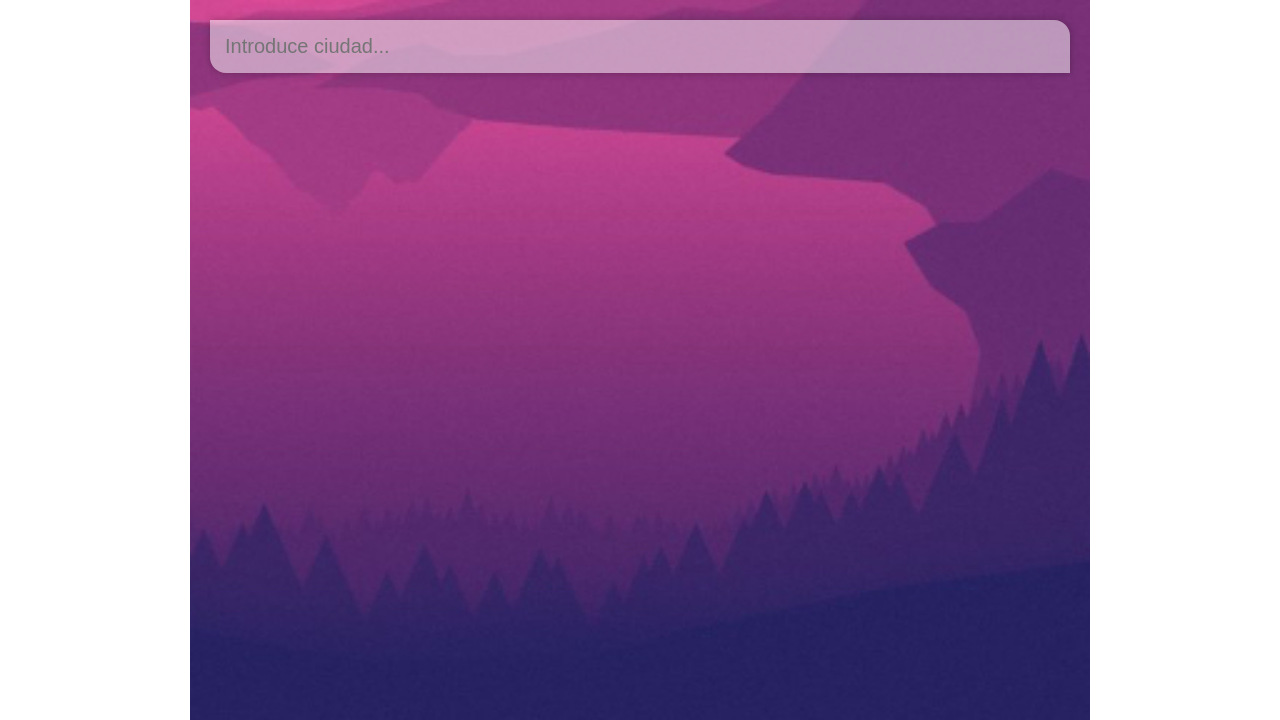
Repository: DaftyCode/weather-vue
Page: /
The author's editor kept a copy of each file at every save. The page is drawn from the files as they stood at one save, then again after the next save.
The browser window is 1280 px wide. The pictures show the whole page.
The project was rebuilt for these pictures with package versions that can differ from the ones it lists, and the page was loaded fresh each time. Also part of the build but not shown: vite.config.js.

Above is the page before, as saved 2023-01-18 12:33:23.

### index.html
<!DOCTYPE html>
<html lang="en">
  <head>
    <meta charset="UTF-8">
    <link rel="icon" href="/favicon.ico">
    <meta name="viewport" content="width=device-width, initial-scale=1.0">
    <title>El tiempo - Hola mundo</title>
  </head>
  <body>
    <div id="app"></div>
    <script type="module" src="/src/main.js"></script>
  </body>
</html>

### src/App.vue
<script>
  import { weatherApi, API_KEY, API_LANG } from './api/weather-api';

  export default {
    name: 'app',
    data() {
      return {
        query: '',
        weather: {},
      };
    },

    methods: {
      async fetchWeather() {
        try {
          const resp = await weatherApi.get(`?q=${this.query}&appid=${API_KEY}&lang=${API_LANG}`);
          this.weather = resp.data;
        } catch (error) {
          console.error(error);
        }
      },

      dateBuilder() {
        let day = new Date();
        const options = { weekday: 'long', year: 'numeric', month: 'long', day: 'numeric' };

        return day.toLocaleDateString('es-ES', options);
      },
    },
  };
</script>

<template>
  <div class="main-container">
    <main>
      <div class="search-box">
        <input
          type="text"
          class="search-bar"
          placeholder="Introduce ciudad..."
          v-model="query"
          @keyup.enter="fetchWeather"
        />
      </div>

      <div class="weather-wrap" v-if="weather?.main">
        <div class="location-box">
          <div class="location">{{ weather.name }}, {{ weather.sys.country }}</div>
          <div class="date">{{ dateBuilder() }}</div>
        </div>

        <div class="weather-box">
          <div class="temp">{{ Math.round(weather.main.temp) }}°c</div>
          <div class="weather">{{ weather.weather[0].description }}</div>
        </div>
      </div>
    </main>
  </div>
</template>

<style>
  body {
    display: flex;
    justify-content: center;
    font-family: 'montserrat', sans-serif;
    min-height: 100vh;
    margin: 0;
  }

  #app {
    width: 100%;
    max-width: 900px;
    margin: 0;
    padding: 0;
    font-weight: normal;
  }

  .main-container {
    width: 100%;
    height: 100%;
    background-image: url('./assets/warm-bg.jpg');
    background-size: cover;
    background-position: bottom;
  }

  .search-box {
    display: flex;
    width: 100%;
    margin-bottom: 30px;
  }

  .search-box .search-bar {
    display: flex;
    width: 100%;
    padding: 15px;
    margin: 20px;
    color: #313131;
    font-size: 20px;
    appearance: none;
    border: none;
    outline: none;
    background: none;
    box-shadow: 0px 0px 8px rgba(0, 0, 0, 0.25);
    background-color: rgba(255, 255, 255, 0.5);
    border-radius: 0px 16px 0px 16px;
    transition: 0.4s;
  }

  .search-box .search-bar:focus {
    box-shadow: 0px 0px 16px rgba(0, 0, 0, 0.25);
    background-color: rgba(255, 255, 255, 0.75);
    border-radius: 16px 0px 16px 0px;
  }

  .location-box .location {
    color: #fff;
    font-size: 32px;
    font-weight: 500;
    text-align: center;
    text-shadow: 1px 3px rgba(0, 0, 0, 0.25);
  }

  .location-box .date {
    color: #fff;
    font-size: 20px;
    font-weight: 300;
    font-style: italic;
    text-align: center;
  }

  .weather-box {
    text-align: center;
  }

  .weather-box .temp {
    display: inline-block;
    padding: 10px 25px;
    color: #fff;
    font-size: 102px;
    font-weight: 900;
    text-shadow: 3px 6px rgba(0, 0, 0, 0.25);
    background-color: rgba(255, 255, 255, 0.25);
    border-radius: 16px;
    margin: 30px 0px;
    box-shadow: 3px 6px rgba(0, 0, 0, 0.25);
  }

  .weather-box .weather {
    color: #fff;
    font-size: 48px;
    font-weight: 700;
    font-style: italic;
    text-shadow: 3px 6px rgba(0, 0, 0, 0.25);
  }
</style>

### src/api/weather-api.js
import axios from 'axios';

// https://api.openweathermap.org/data/2.5/weather?q={city name}&appid={API key}&lang={lang}

export const API_KEY = '02ffdb4f65cd1aa34f5916f397fd47a7';
export const API_LANG = 'es';

export const weatherApi = axios.create({
  baseURL: 'https://api.openweathermap.org/data/2.5/weather',
});

Loaded but not shown: src/main.js (common file)

After the next save:
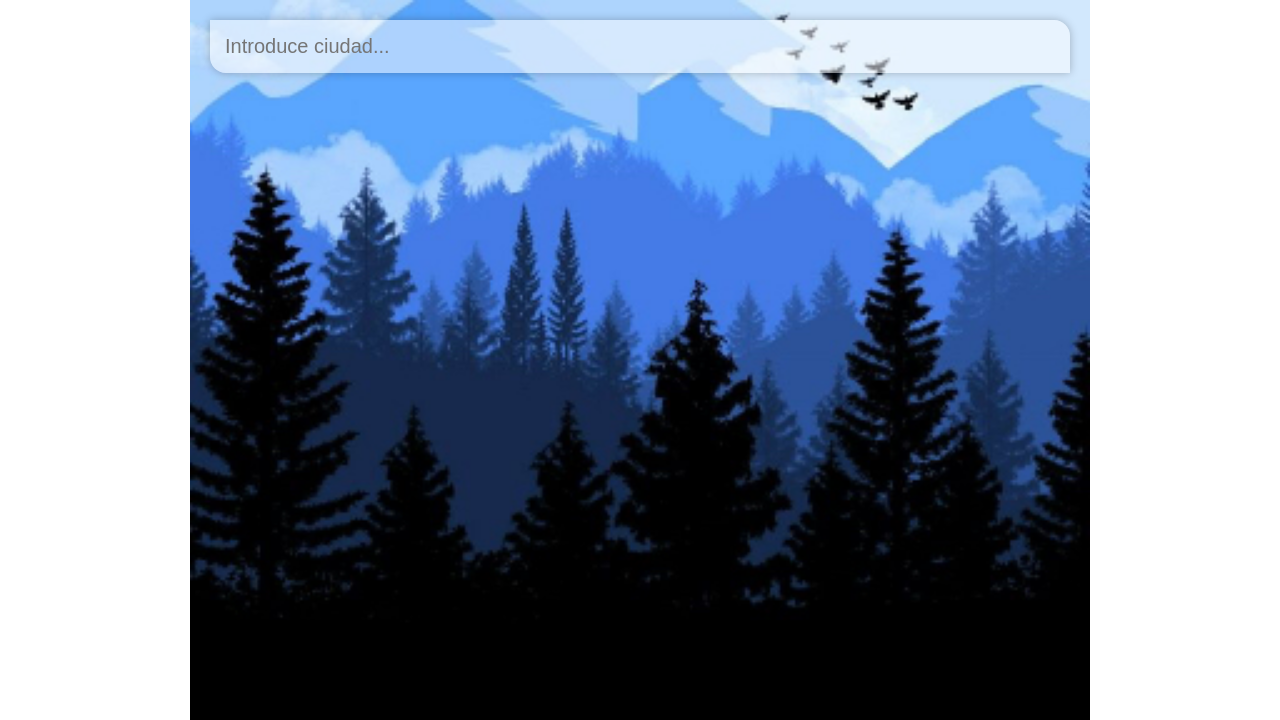
Saved 4 min 7 s later.
--- a/src/App.vue
+++ b/src/App.vue
@@ -31,7 +31,7 @@
 </script>
 
 <template>
-  <div class="main-container">
+  <div class="main-container" :class="weather?.main && weather?.main?.temp > 16 ? 'warm' : 'cold'">
     <main>
       <div class="search-box">
         <input
@@ -50,7 +50,7 @@
         </div>
 
         <div class="weather-box">
-          <div class="temp">{{ Math.round(weather.main.temp) }}°c</div>
+          <div class="temp">{{ Math.round(weather.main.temp) - 273.15 }}°c</div>
           <div class="weather">{{ weather.weather[0].description }}</div>
         </div>
       </div>
@@ -78,9 +78,20 @@
   .main-container {
     width: 100%;
     height: 100%;
+  }
+
+  .cold {
+    background-image: url('./assets/cold-bg.jpg');
+    background-size: cover;
+    background-position: bottom;
+    transition: 0.4s;
+  }
+
+  .warm {
     background-image: url('./assets/warm-bg.jpg');
     background-size: cover;
     background-position: bottom;
+    transition: 0.4s;
   }
 
   .search-box {
